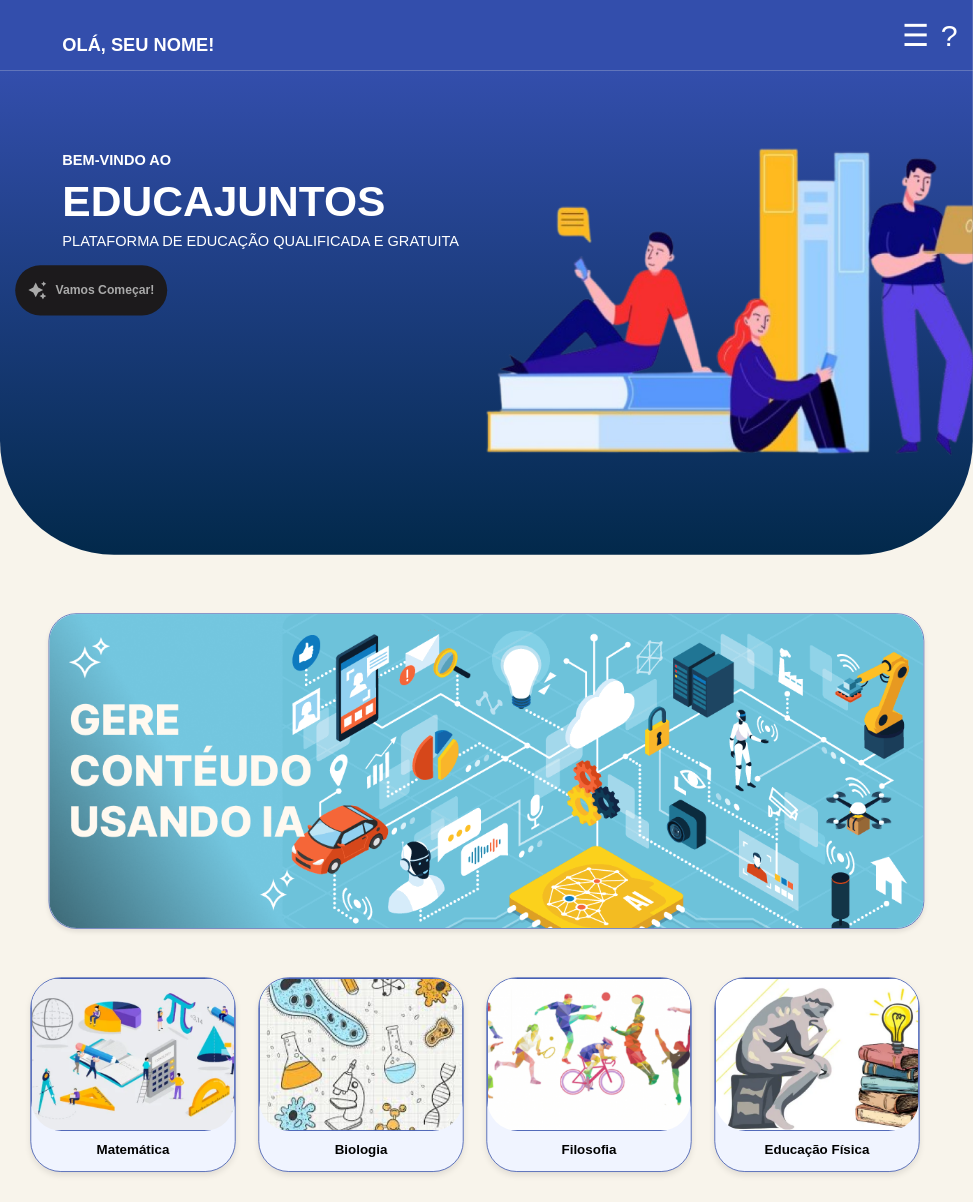
Repository: Matheus904-12/EDUCAJUNTOS
Page: inicio/index.html
The author's editor kept a copy of each file at every save. The page is drawn from the files as they stood at one save, then again after the next save.
The browser window is 1280 px wide. The pictures show the whole page, at 76% of full size.

Above is the page before, as saved 2024-10-28 20:07:35.

After the next save:
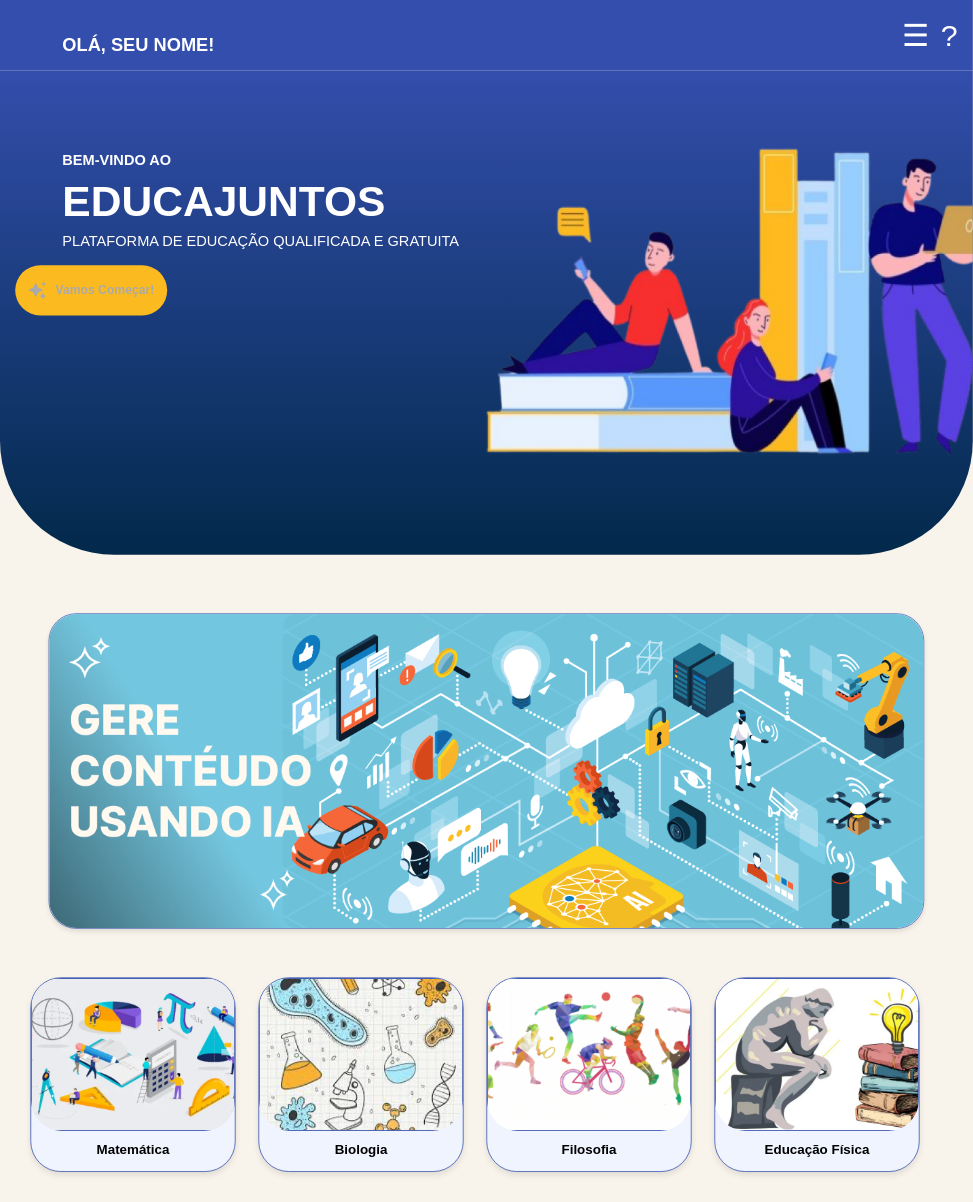
Saved 92 s later.
--- a/inicio/style.css
+++ b/inicio/style.css
@@ -144,7 +144,7 @@ nav {
     justify-content: center;
     align-items: center;
     gap: 12px;
-    background: #1C1A1C;
+    background: #fbba20;
     cursor: pointer;
     transition: all 450ms ease-in-out;
     left: 15%;
